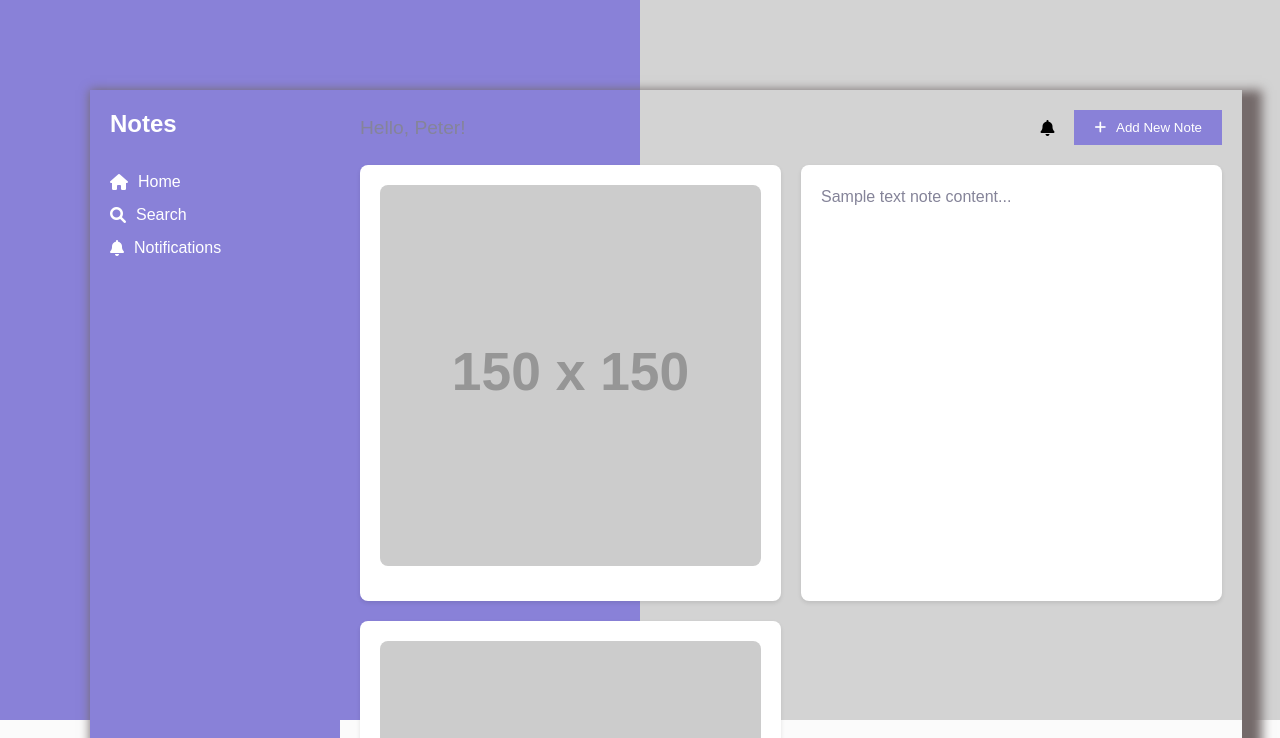
Repository: SatenikGabrielyan/HTML_CSS-_Assignment
Page: index.html
The author's editor kept a copy of each file at every save. The page is drawn from the files as they stood at one save, then again after the next save.
The browser window is 1280 px wide. The pictures show the whole page.
An inner scrolling area shows only its first screen.

Above is the page before, as saved 2025-03-17 00:47:02.

After the next save:
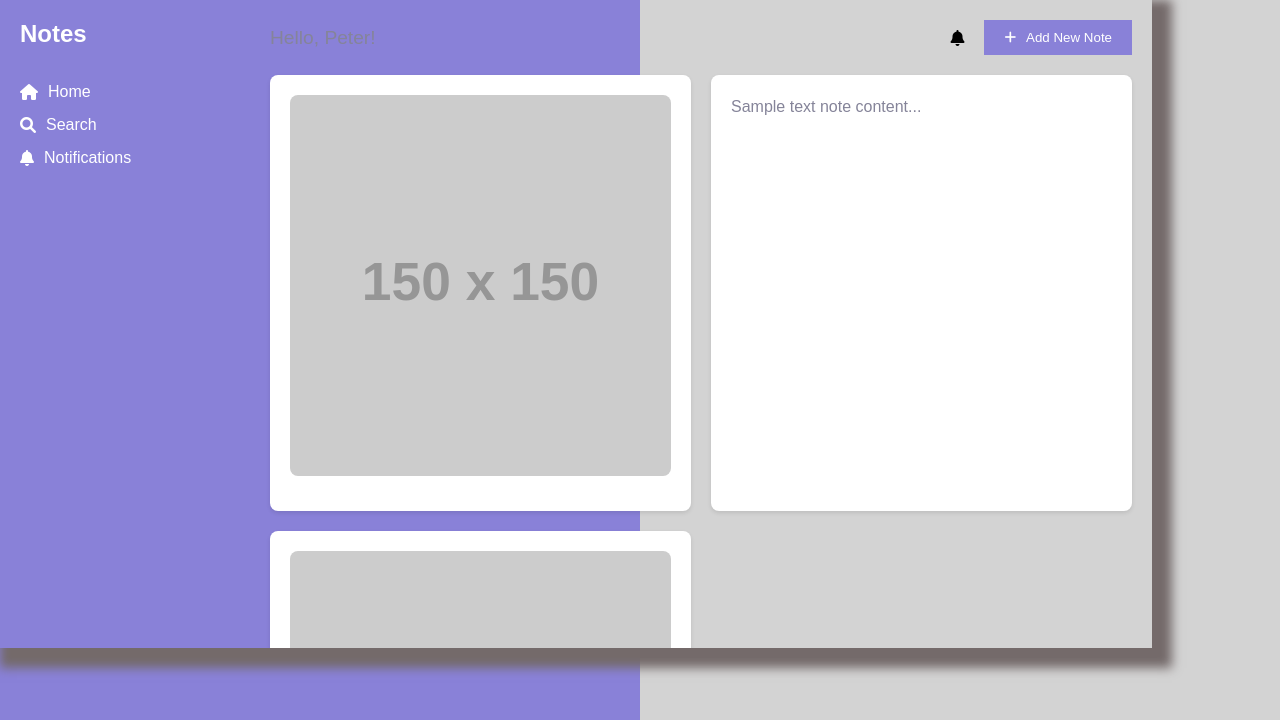
Saved 4 s later.
--- a/style.css
+++ b/style.css
@@ -47,8 +47,8 @@
     height: 90%;
 
     box-shadow: 10px 10px 10px 10px rgb(116, 106, 106);
-    margin-left: 90px;
-    margin-top: 90px;
+    /* margin-left: 90px;
+    margin-top: 90px; */
     background: center;
     position: absolute;
     z-index: 2;

After the save that followed:
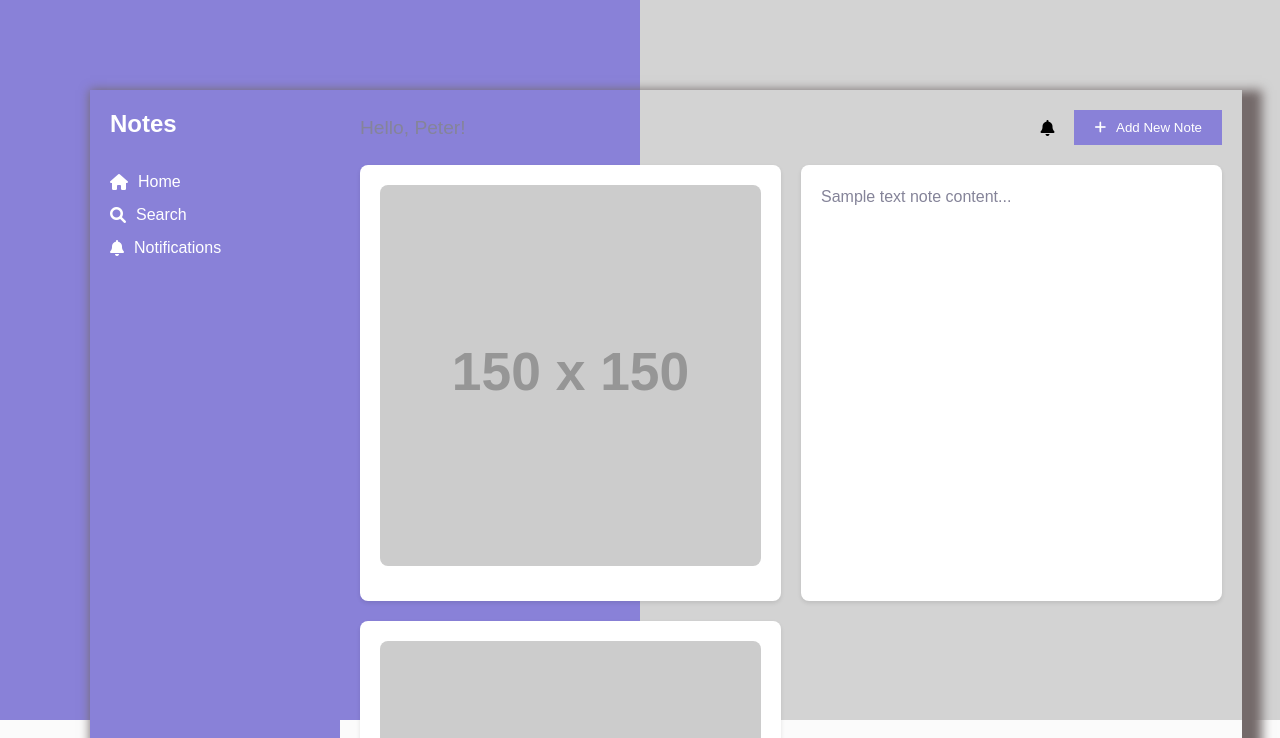
Saved 22 s later.
--- a/style.css
+++ b/style.css
@@ -47,8 +47,8 @@
     height: 90%;
 
     box-shadow: 10px 10px 10px 10px rgb(116, 106, 106);
-    /* margin-left: 90px;
-    margin-top: 90px; */
+    margin-left: 90px;
+    margin-top: 90px;
     background: center;
     position: absolute;
     z-index: 2;
